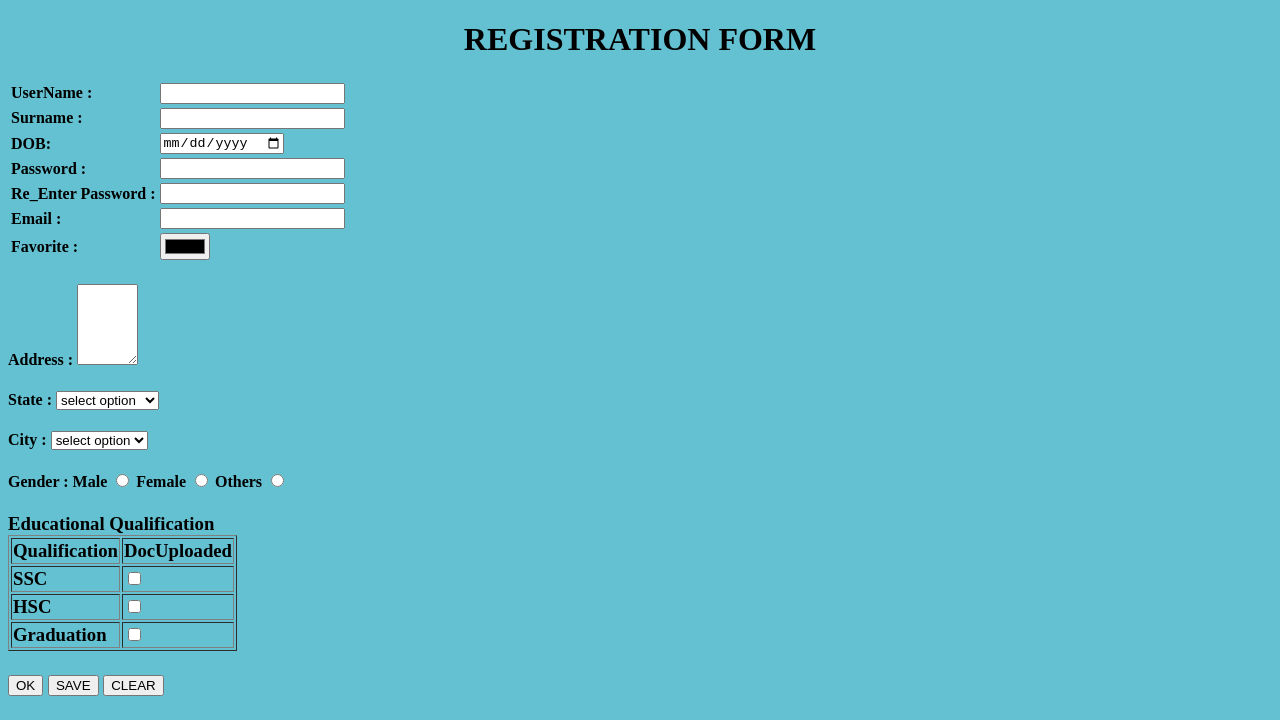
Repository: AJEET006/AdvanceJava-DSA
Page: ADVANCE_JAVA/HW_Example/WebContent/RegistrationForm.html
These files come from the project's save history. The page is drawn as it stood at one moment and after the next save; the edit follows.
The browser window is 1280 px wide. The pictures show the whole page.

Above is the page before, as saved 2022-06-21 19:04:49.

After the next save:
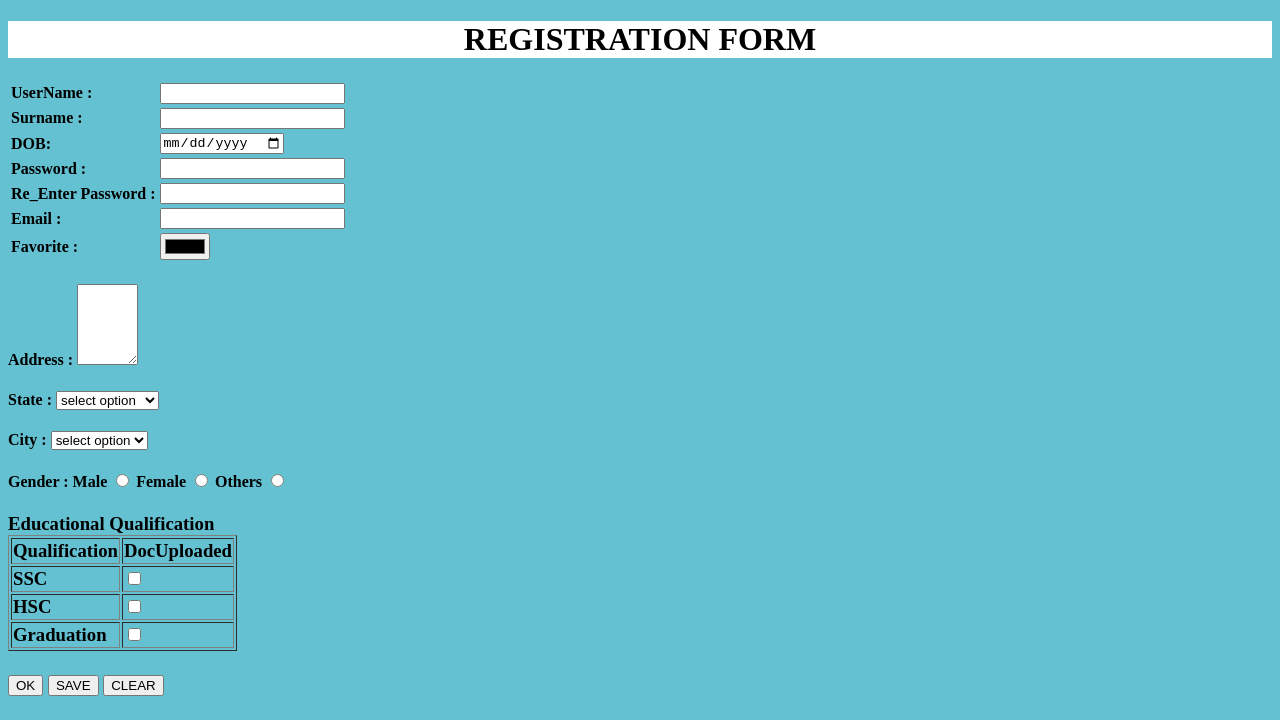
Saved 41 s later.
--- a/ADVANCE_JAVA/HW_Example/WebContent/RegistrationForm.html
+++ b/ADVANCE_JAVA/HW_Example/WebContent/RegistrationForm.html
@@ -6,7 +6,7 @@
 </head>
 <body style="background-color: rgb(100, 193, 209);">
 	<form>
-		<h1 style="border-bottom-color: orange;">
+		<h1 style="background-color: background;">
 			<bg>
 			<center>REGISTRATION FORM</center>
 			</bg>
